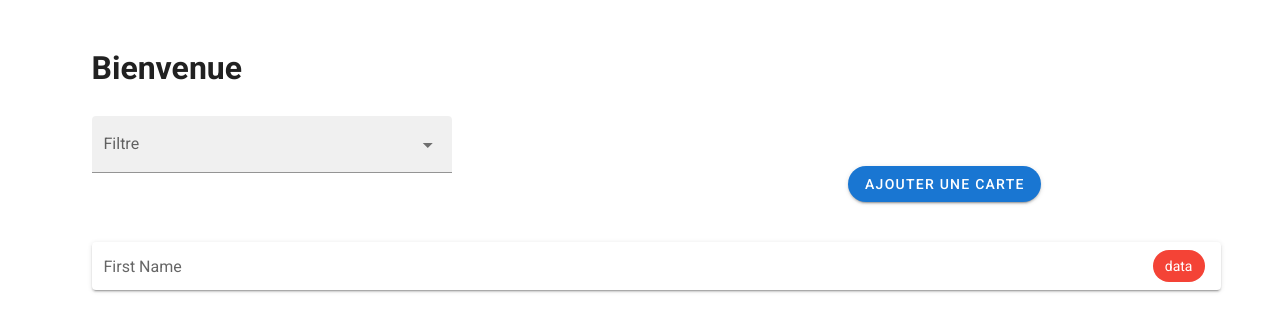
Repository: SidneyHodieb/myc
Page: /
These files come from the project's save history. The page is drawn as it stood at one moment and after the next save; the edit follows.
The browser window is 1280 px wide. The pictures show the whole page.
The project was rebuilt for these pictures with package versions that can differ from the ones it lists, and the page was loaded fresh each time. Also part of the build but not shown: vue.config.js.

Above is the page before, as saved 2021-04-02 00:03:01.

### src/App.vue
<template>
  <v-app>
    <v-main>
      <router-view></router-view>
    </v-main>
  </v-app>
</template>

<script>

export default {
  name: 'App',
  data: () => ({
    //
  }),
};
</script>

### src/views/Home.vue
<template>
  <v-container>
    <v-row class="mt-5 ml-5">
      <v-col cols="12" sm="12">
        <h1>Bienvenue</h1>
      </v-col>
      <v-col class="d-flex" sm="4">
        <v-select :items="items" filled label="Filtre"></v-select>
      </v-col>
     <v-col offset-md="2" sm="6" style="margin-top:50px">
      <div class="text-center">
        <v-btn rounded color="primary" dark offset-md="8">
          Ajouter une carte
        </v-btn>
      </div>
      </v-col>
      <v-col
          cols="12"
          sm="12"
          class="mt-4"
        >
          <v-text-field
            v-model="first"
            label="First Name"
            solo
          >
             <template v-slot:append>
               <v-chip text-color="white" color="red" class="ma-1">data</v-chip>
              </template>

          </v-text-field>
        </v-col>
    </v-row>
  </v-container>
</template>

<script>
// @ is an alias to /src

export default {
  components: {},
};
</script>

Loaded but not shown: public/index.html (common file); src/main.js (common file); src/router/index.js (common file); src/store/index.js (common file); src/plugins/vuetify.js (common file)

After the next save:
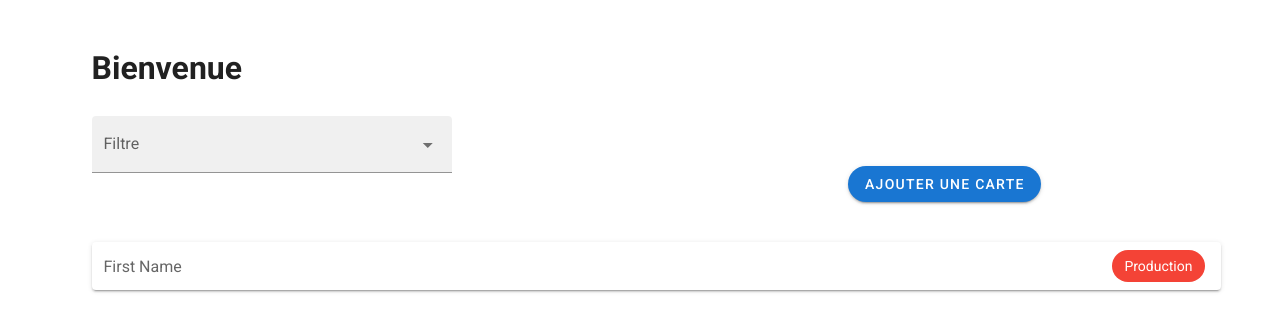
Saved 17 s later.
--- a/src/views/Home.vue
+++ b/src/views/Home.vue
@@ -25,7 +25,7 @@
             solo
           >
              <template v-slot:append>
-               <v-chip text-color="white" color="red" class="ma-1">data</v-chip>
+               <v-chip text-color="white" color="red" class="ma-1">Production</v-chip>
               </template>
 
           </v-text-field>
